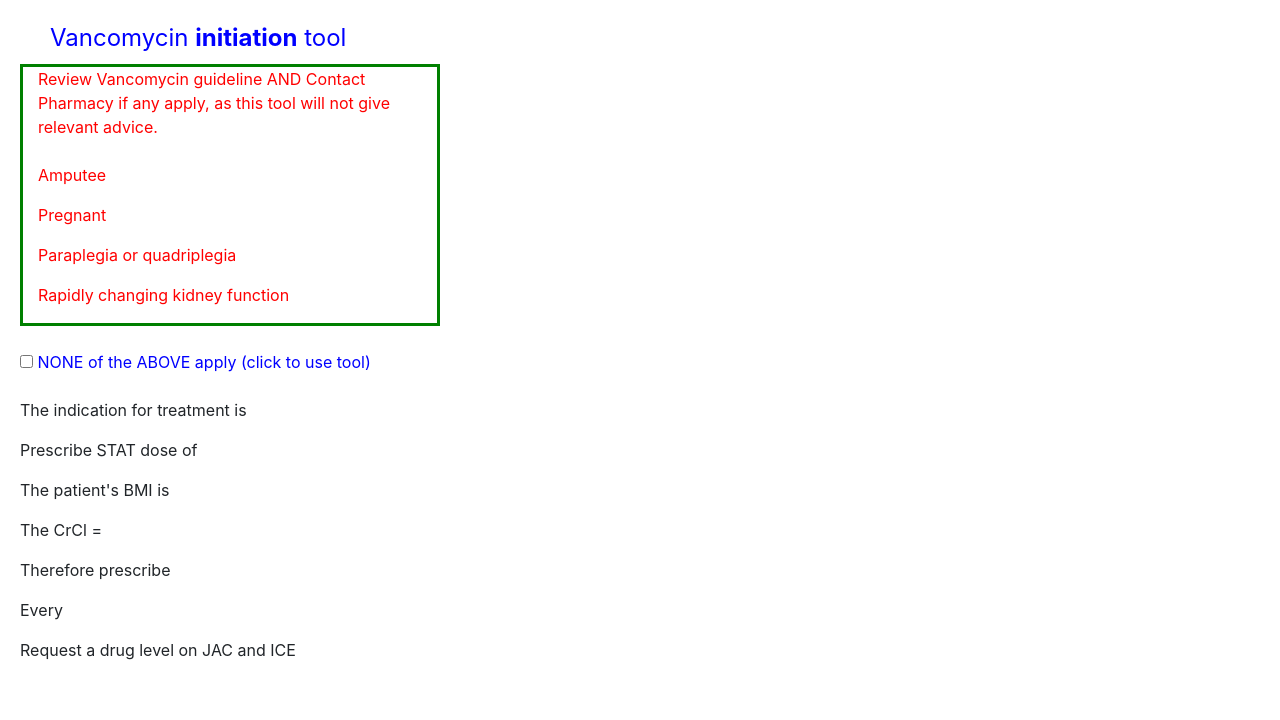
Repository: Mismiles/project-clinical-calculator
Page: index.html
The author's editor kept a record of every edit. The page is drawn from the files as they stood at one moment, then again after the next edit.
The browser window is 1280 px wide. The pictures show the whole page.

Above is the page before.

### index.html
<!doctype html>
<html lang="en">
  <head>
    <!-- Required meta tags -->
    <meta charset="utf-8">
    <meta name="viewport" content="width=device-width, initial-scale=1, shrink-to-fit=no">

    <!-- Bootstrap CSS -->
    <link rel="stylesheet" href="https://stackpath.bootstrapcdn.com/bootstrap/4.3.1/css/bootstrap.min.css" integrity="sha384-ggOyR0iXCbMQv3Xipma34MD+dH/1fQ784/j6cY/iJTQUOhcWr7x9JvoRxT2MZw1T" crossorigin="anonymous">

    <!-- Custom CSS -->
    <link href="css/stylesheet.css" rel="stylesheet">

    <title>Vancomycin calculation tool</title>

  </head>
  <body>

<form name="vanc">
<fieldset>

<!-- Form Name -->
<legend>Vancomycin <b>initiation</b> tool</legend>

<!-- Parameters -->
  <div class="col-lg-4 statement" for="parameters" style="color:red">Review Vancomycin guideline AND Contact<br>Pharmacy if any apply, as this tool will not give<br>relevant advice.
    <br>
    <br>
    <p>Amputee</p>
    <p>Pregnant</p>
    <p>Paraplegia or quadriplegia</p>
    <p>Rapidly changing kidney function</p>
	</div>


<!-- Safe to use tool-->
	<br>
	<div style="color:blue">
      <input type="checkbox" name="parameters" id="showform" onclick="displayForm()">
      NONE of the ABOVE apply (click to use tool)
</div>

<section id='vancform'>
<!-- Indication-->
<br>
<div class="form-group">
  <label class="col-md-4 control-label" for="indication"><b>Indication</b></label>
  <div class="col-md-4">
  <input id="ind" name="indication" type="text" autocomplete="off" placeholder="Specify" class="form-control input-md" required="">
  </div>
</div>

<!-- Gender -->
<div class="form-group">
  <label class="col-md-4 control-label" for="gender"><b>Gender</b></label>
  <div class="col-md-4">
   <div class="btn-group btn-group-toggle" data-toggle="buttons">
  <label class="btn btn-outline-primary">
    <input type="radio" name="options" id="male" value="male" onclick="getGender()"> Male
  </label>
  <label class="btn btn-outline-danger">
    <input type="radio" name="options" id="female" value="female" onclick="getGender()"> Female
  </label>
</div>
  </div>
</div>

<!-- Age-->
<div class="form-group">
  <label class="col-md-4 control-label" for="age"><b>Age</b></label>
  <div class="col-md-4">
  <input id="age" name="age" type="text" maxlength="3" placeholder="Age in years" autocomplete="off" class="form-control input-md" required="">
  </div>
</div>

<!-- Weight-->
<div class="form-group">
  <label class="col-md-4 control-label" for="weight"><b>Weight in kg</b></label>
  <div class="col-md-4">
  <input id="weight" name="weight" type="text" maxlength="3" placeholder="Weight in kg" autocomplete="off" class="form-control input-md" required="">
</div>
</div>

<!-- Date picker-->
<div class="form-group">
        <label class="col-md-4 control-label" for="date"><b>Date Weight Taken</b></label>
          <div class="col-md-4">
        <input id="form-control input-md date" name="date" autocomplete="off" placeholder="MM/DD/YYY" type="date" required="" onclick="verifyDate()">
          </div>
</div>
<p id="datemessage"></p>

  <br>
  <div class="checkbox">
    <label for="parameters-0">
      <input type="radio" name="parameters" id="abnormalWeight" value="" onclick="displayHeight()">
      Abnormal Weight (BMI &lt; 18.5 OR BMI &gt; 25) <br><span style="color:green"><i>Tick to help calculate BMI</i></span>
    </label>
	</div>

	 <div class="checkbox">
    <label for="parameters-1">
      <input type="radio" name="parameters" id="normalweight" value="" onclick="displayHeight()">
      Normal weight (BMI &gt; 18.5 and &lt; 25)
    </label>
	</div>
</div>
</div>

<br>
<!-- Height-->
<section id="heightbox" class="form-group">
  <label class="col-md-4 control-label" for="height"><b>Height</b></label>
  <div class="col-md-4">
  <input id="height" name="height" type="text" maxlength="3" autocomplete="off" placeholder="Height in cm" class="form-control input-md" required="">
</div>
</section>

<!-- Creatinine-->
<div class="form-group">
  <label class="col-md-4 control-label" for="creatinine"><b>Serum Creatinine in µmol/L</b></label>
  <div class="col-md-4">
  <input id="creatinine" name="creatinine" type="text" autocomplete="off" maxlength="3" placeholder="Creatinine" class="form-control input-md" data-bind="value:replyNumber" required="">
  </div>
</div>

<!-- Button -->
<div class="form-group">
  <label class="col-md-4 control-label" for="calculate"></label>
  <div class="col-md-4">
    <script type="text/javascript" src="js/calculation.js"></script>
    <button id="calc" name="calculate" type="button" class="btn btn-primary" onclick="runCalcs();" >Display dose and monitoring advice</button>
  </div>
</div>

</fieldset>
</form>
</section>

<br>
<p id="indication">The indication for treatment is</p>
<p id="stat_dose">Prescribe STAT dose of</p>
<p id="bmi_calc">The patient's BMI is</p>
<p id="result_g">The CrCl =</p>
<p id="output_text">Therefore prescribe</p>
<p id="output_text">Every <b></b></p>
<p id="output_text">Request a drug level on JAC and ICE</p>



<!-- Image carousel -->
  <div id="carouselExampleIndicators" class="carousel slide row" data-ride="carousel">
  <ol class="carousel-indicators">
    <li data-target="#carouselExampleIndicators" data-slide-to="0" class="active"></li>
    <li data-target="#carouselExampleIndicators" data-slide-to="1"></li>
    <li data-target="#carouselExampleIndicators" data-slide-to="2"></li>
    <li data-target="#carouselExampleIndicators" data-slide-to="3"></li>
    <li data-target="#carouselExampleIndicators" data-slide-to="4"></li>
    <li data-target="#carouselExampleIndicators" data-slide-to="5"></li>
    <li data-target="#carouselExampleIndicators" data-slide-to="6"></li>
    <li data-target="#carouselExampleIndicators" data-slide-to="7"></li>
    <li data-target="#carouselExampleIndicators" data-slide-to="8"></li>
    <li data-target="#carouselExampleIndicators" data-slide-to="9"></li>
  </ol>
  <div class="carousel-inner">
    <div class="carousel-item active">
      <img class="d-block w-60" src="images/vanc1.jpg" alt="First slide">
    </div>
    <div class="carousel-item">
      <img class="d-block w-60" src="images/app1.jpg" alt="Second slide">
    </div>
    <div class="carousel-item">
      <img class="d-block w-60" src="images/app2.jpg" alt="Third slide">
    </div>
    <div class="carousel-item">
      <img class="d-block w-60" src="images/app3.jpg" alt="Fourth slide">
    </div>
    <div class="carousel-item">
      <img class="d-block w-60" src="images/app41.jpg" alt="Fifth slide">
    </div>
    <div class="carousel-item">
      <img class="d-block w-60" src="images/app42.jpg" alt="Sixth slide">
    </div>
     <div class="carousel-item">
      <img class="d-block w-60" src="images/app43.jpg" alt="Seventh slide">
    </div>
     <div class="carousel-item">
      <img class="d-block w-60" src="images/app5.jpg" alt="Eigth slide">
     </div>
     <div class="carousel-item">
      <img class="d-block w-60" src="images/app6.jpg" alt="Ninth slide">
     </div>
  </div>

  <a class="carousel-control-prev" href="#carouselExampleIndicators" role="button" data-slide="prev">
    <span class="carousel-control-prev-icon" aria-hidden="true"></span>
    <span class="sr-only">Previous</span>
  </a>
  <a class="carousel-control-next" href="#carouselExampleIndicators" role="button" data-slide="next">
    <span class="carousel-control-next-icon" aria-hidden="true"></span>
    <span class="sr-only">Next</span>
  </a>
</div>


    <!-- jQuery first, then Popper.js, then Bootstrap JS -->
    <script src="https://code.jquery.com/jquery-3.3.1.slim.min.js" integrity="sha384-q8i/X+965DzO0rT7abK41JStQIAqVgRVzpbzo5smXKp4YfRvH+8abtTE1Pi6jizo" crossorigin="anonymous"></script>
    <script src="https://cdnjs.cloudflare.com/ajax/libs/popper.js/1.14.7/umd/popper.min.js" integrity="sha384-UO2eT0CpHqdSJQ6hJty5KVphtPhzWj9WO1clHTMGa3JDZwrnQq4sF86dIHNDz0W1" crossorigin="anonymous"></script>
    <script src="https://stackpath.bootstrapcdn.com/bootstrap/4.3.1/js/bootstrap.min.js" integrity="sha384-JjSmVgyd0p3pXB1rRibZUAYoIIy6OrQ6VrjIEaFf/nJGzIxFDsf4x0xIM+B07jRM" crossorigin="anonymous"></script>

        <!-- Calulation JavaScript Code-->
    <script type="text/javascript" href="js/calculation.js"></script>

  </body>
</html>

### css/stylesheet.css
body {
    position: relative;
    font-size: 1em;
    margin-left: 20px;
    margin-top: 20px;

}

legend {
    padding-left: 30px;
    color: blue;
}

.statement {
 border-style: solid;
 border-color: green;
 white-space: nowrap;
 width: 470px;
 overflow: hidden;
 text-overflow: ellipsis;
  }


.height{
  display: none;
}

#vancform {
  display: none;
}

.carousel {
  width:740px;
  height:860px;
  display: none !important;
}

### js/calculation.js
//declare global variables
    var w = document.getElementById('weight');
    var a = window.document.getElementById('age');
    var h = window.document.getElementById('height');
    var c = window.document.getElementById('creatinine');
    // var m = document.forms["vanc"]["male"];
    // var f = document.forms["vanc"]["female"];
    var m = document.getElementById("male");
    var f = document.getElementById("female");

    console.log(typeof m.value)
    console.log(h.value)


    console.log('connected');

    // this function displays the form when the checkbox is true
    function displayForm() {
        var checkbox = document.getElementById('showform');
        var vancform = document.getElementById('vancform');

        if (checkbox.checked) {
            vancform.style.display = 'block';
        } else {
            vancform.style.display = 'none';
        }
    }

    //this function displays the height box if abnormal weight is slected
    function displayHeight() {
        var abnormalWeight = document.getElementById('abnormalWeight');
        var heightbox = document.getElementById('heightbox')
        var normalweight = document.getElementById('normalweight')
        var bmiText = document.getElementById('bmi_calc')

        if (abnormalWeight.checked) {
            heightbox.style.display = 'block';
            bmiText.style.display = 'block';
        } else if (normalweight.checked) {
            heightbox.style.display = 'none';
            bmiText.style.display = 'none';
        }
    }

    //indication statement
    function displayIndication() {
        var ind = document.getElementById('ind').value;
        return document.getElementById('indication').innerHTML = "The indication for treatment is " + "<b>" + ind + "<b>";
    }

        // Initial dose calculation
        var vDose;

        function dose() {
            //get the input
            var weight = w.value;

            if (isNaN(weight)) {
                vDose = "<em>Weight</em>must be a number!";
            } else if (weight < 40) {
                vDose = "750"+"mg";
            } else if (weight >=40 && weight<= 59) {
                vDose = "1000"+"mg";
            } else if (weight >=60 && weight<= 90) {
                vDose = "1500"+"mg";
            } else if (weight >90) {
                vDose = "2000"+"mg";
            }
            document.getElementById("stat_dose").innerHTML = "Prescribe STAT dose of " + "<b>" + vDose + "<b>";
        }


        //Calculate BMI
        var bmi;
        function calculateBmi() {
            var weight = w.value;
            var height = h.value;
            var normalweight = document.getElementById('normalweight')

            if (isNaN(weight)) {
                bmi = "<em>Weight</em>must be a number!";
            }else if (isNaN(height)) {
                bmi = "<em>Height</em>must be a number!";
            }else if (normalweight.checked) {
                bmi = "The patient's BMI is normal";
            }else {
                bmi = weight/(height/100*height/100);
        }
            document.getElementById("bmi_calc").innerHTML = "The patient's BMI is  " + "<b>" + bmi.toFixed(2) + "<b>";
        }


                // If overweight, calculate IBW
                var IBW;
        function idealBodyWeight () {
            var formula = 0.91 * (h.value - 152.4)
            if (bmi > 25 && m.value == 'male') {
                IBW = 50 + formula;
            }
            else if (bmi > 25 && f.value == 'female') {
                 45 + formula;
            }
        }


        // Crcl without gender or creatinine adjustment
        var CrCl0;
        function creatClear() {
            var creatinine = c.value;
            //get age, weight, creatinie
            var weight = w.value;
            var age = a.value;
            if (age < 18) {
                CrCl0 = "<em>Age</em> cannot equal less than 18!";
            } else if (isNaN(age)) {
                CrCl0 = "<em>Age</em> must be a number!";
            } else if (isNaN(weight)) {
                CrCl0 = "<em>Weight</em> must be a number!";
            } else if (isNaN(creatinine)) {
                CrCl0 = "<em>Creatinine</em> must be a number!";
            } else {
                CrCl0 = ((140-age)*weight);
            }
        }

        //CrCl with gender adjustment
        var genderCalc;
        function kidneygender(){

        var male = m.checked;
        var female = f.checked;
            if (male){
                genderCalc = CrCl0 *1.23;
            } else{
                genderCalc = CrCl0 *1.04;
            }
            document.getElementById("result_g").innerHTML = "The CrCl =  " + "<b>" + (genderCalc/c.value).toFixed(2) + "</b>";
        }


        function runCalcs() {
            dose();
            calculateBmi();
            displayIndication();
            creatClear();
            kidneygender();
        }

After the next edit:
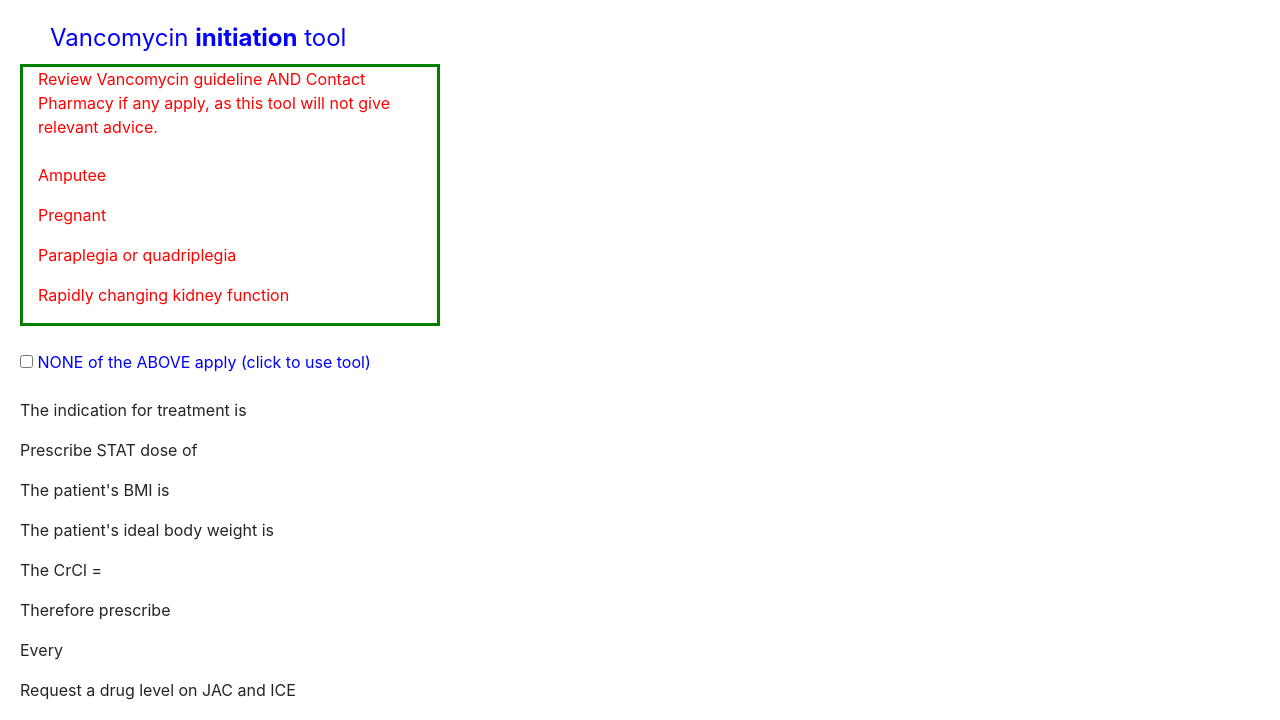
The edit:
--- a/index.html
+++ b/index.html
@@ -141,6 +141,7 @@
 <p id="indication">The indication for treatment is</p>
 <p id="stat_dose">Prescribe STAT dose of</p>
 <p id="bmi_calc">The patient's BMI is</p>
+<p id="ibw_text">The patient's ideal body weight is</p>
 <p id="result_g">The CrCl =</p>
 <p id="output_text">Therefore prescribe</p>
 <p id="output_text">Every <b></b></p>
